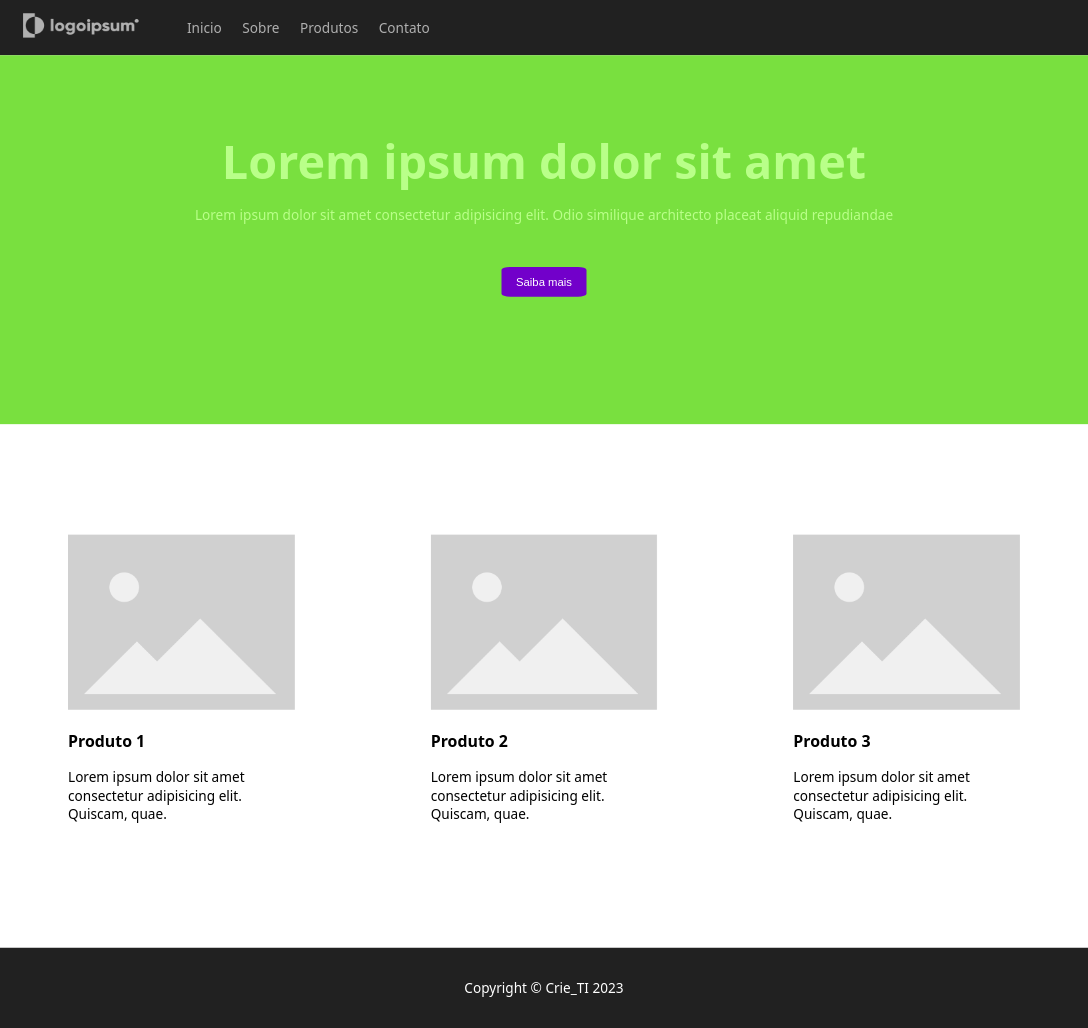
Repository: Carolden/SiteCrie_Ti
Page: index.html
An editor plug-in stored every save of this project. The page is shown before and after the next save, followed by the edit.
The browser window is 1280 px wide. The pictures show the whole page, at 85% of full size.

Above is the page before, as saved 2023-04-25 20:18:42.

After the next save:
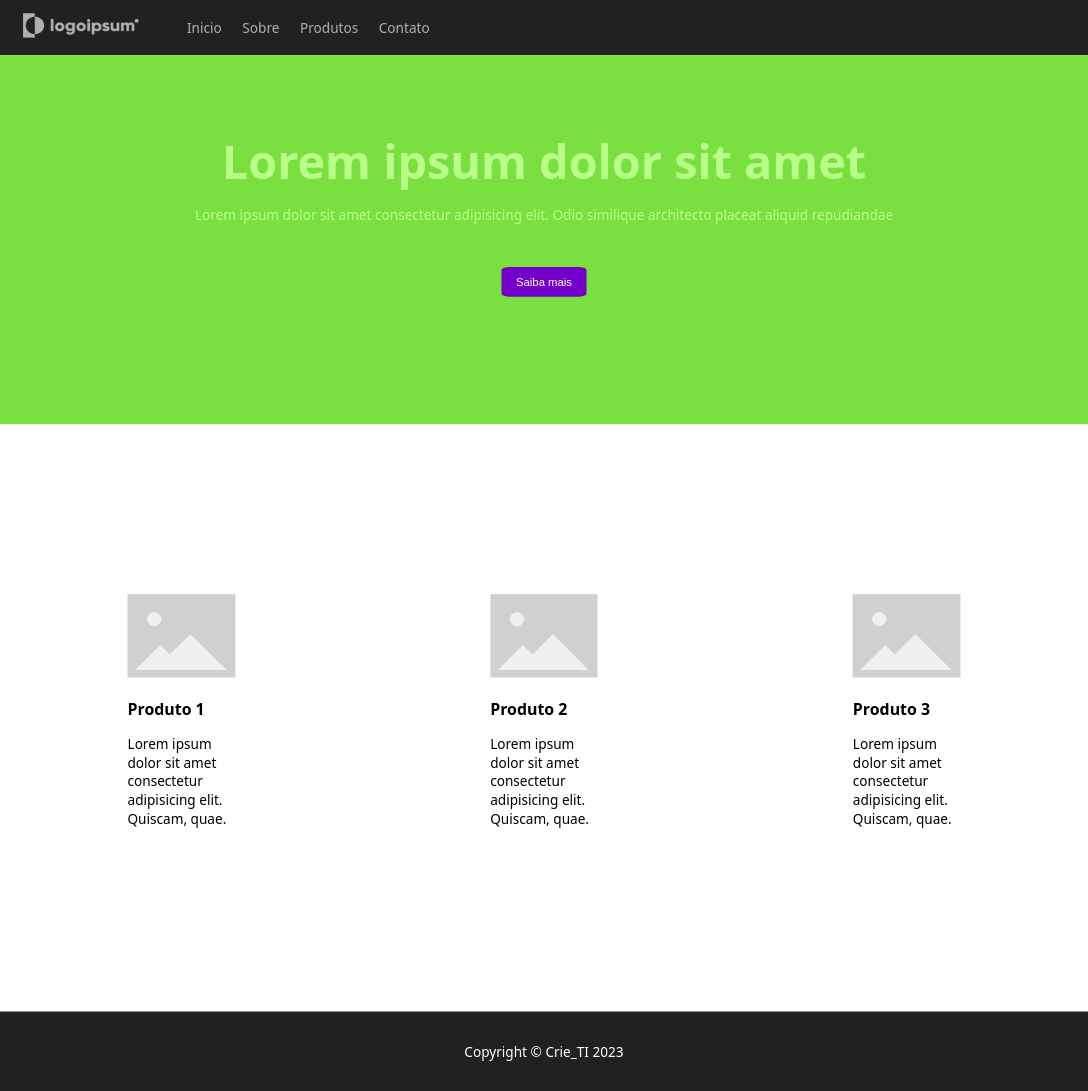
Saved 8 s later.
--- a/index.css
+++ b/index.css
@@ -75,7 +75,7 @@ button {
 
 .column {
     /* width: 33.33%; */
-    padding: 80px;
+    padding: 150px;
     /* justify-content: center; */
     /* text-align: center; */
 
